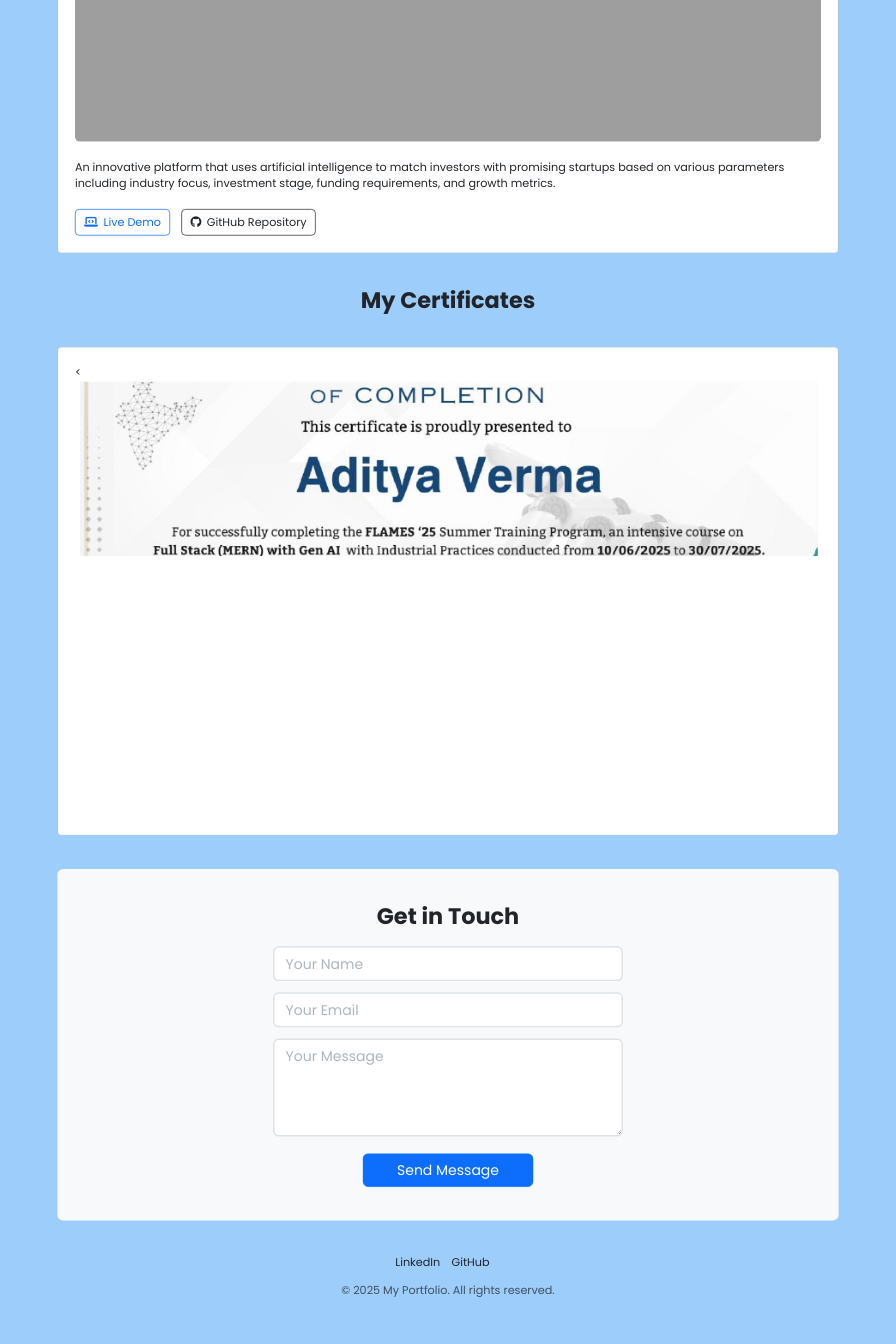
Repository: AdityaTech-Pro/Portfolio-Aditya-Verma
Page: Aditya Portfolio/index.html
These files come from the project's save history. The page is drawn as it stood at one moment and after the next save; the edit follows.
The browser window is 1280 px wide. The pictures show the part of the page from y = 3911 to 5831 px (the page is 5831 px tall before and 5232 px after), at 70% of full size.
Pictures or frames that could not be fetched are drawn as grey boxes.

Above is the page before, as saved 2026-01-08 00:41:43.

After the next save:
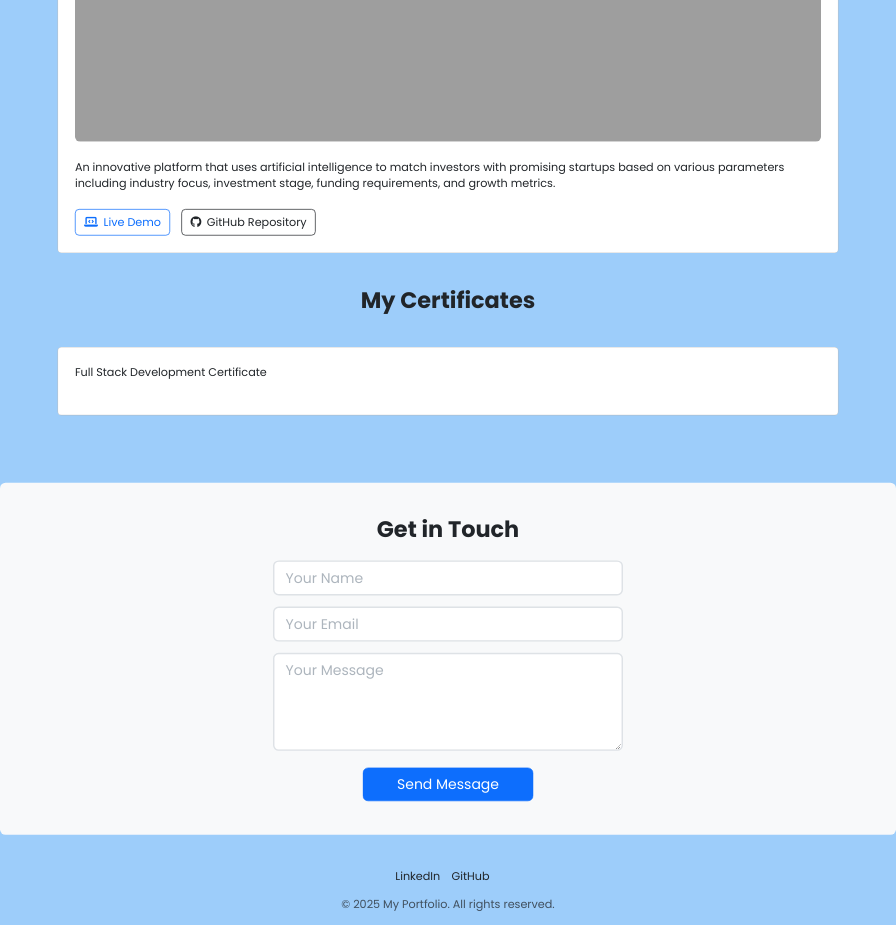
Saved 4 s later.
--- a/Aditya Portfolio/index.html
+++ b/Aditya Portfolio/index.html
@@ -373,14 +373,14 @@
             <div class="card project-card mb-5">
                 <div class="card-body p-4">
                     <!--Image-->
-                    <<div class="video-container mb-4">
+                    <!--<div class="video-container mb-4">
                         <div class="video-container mb-8">
                             <img src="./assets/Full Stack Dev Certificate1.png" alt="Full Stack Development 1" class="project-img img-fluid w-100">
                         </div>
                         <!--Certificate name and Describtion-->
-                        <p class="card-text mb-4 ">
-                            Full Stack Development Certificate
-                        </p>
+                    <p class="card-text mb-4 ">
+                        Full Stack Development Certificate
+                    </p>
                 </div>
 
 
